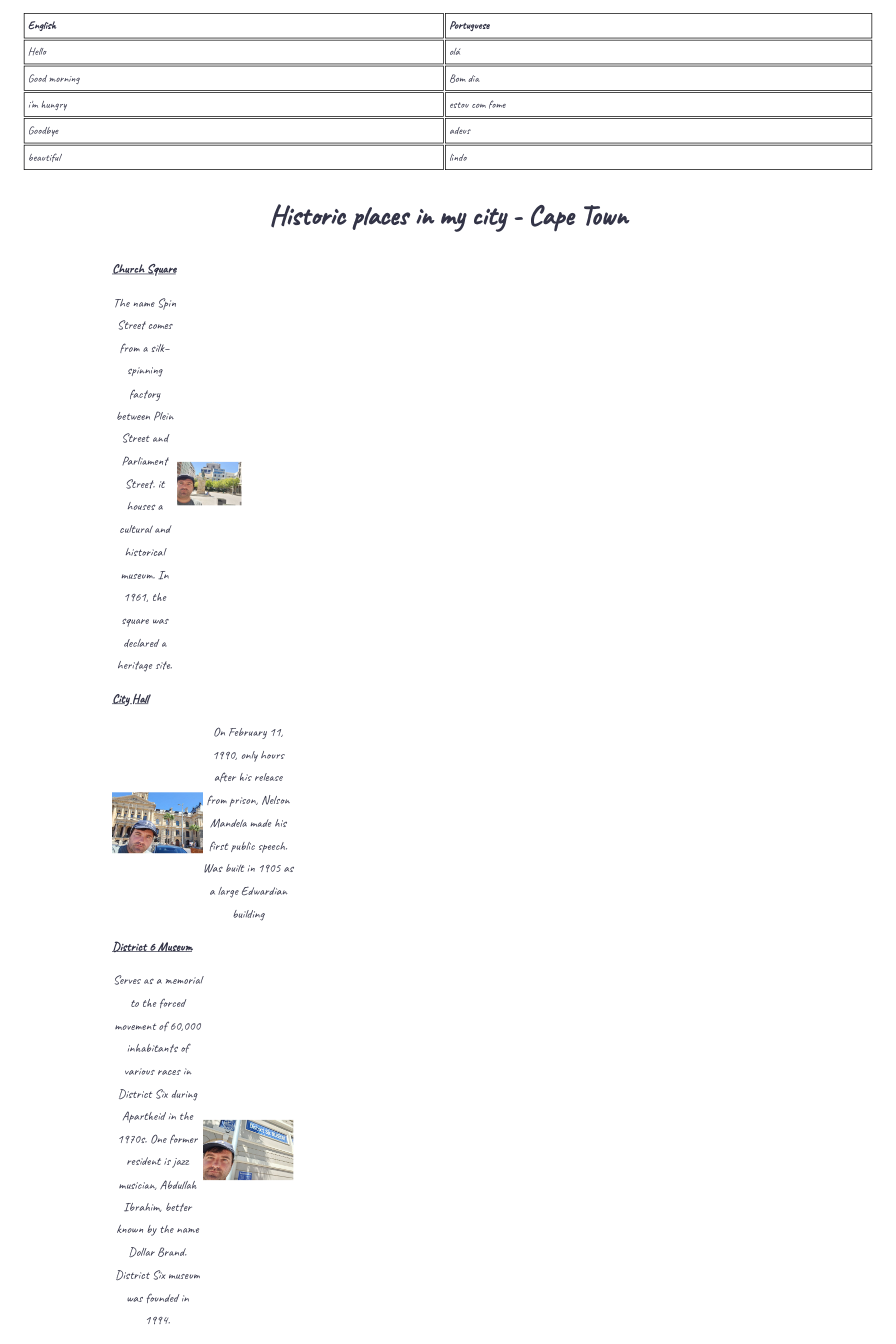
Repository: lasity34/basic-webpage
Page: my - webpage - grid.html
These files come from the project's save history. The page is drawn as it stood at one moment and after the next save; the edit follows.
The browser window is 1280 px wide. The pictures show the part of the page from y = 1557 to 3477 px (the page is 3477 px tall before and 3283 px after), at 70% of full size.

Above is the page before, as saved 2023-03-06 15:42:56.

### my - webpage - grid.html
<!DOCTYPE html>
<html lang="en">
  <link rel="stylesheet" type="text/css" href="simple-grid.css" />
  <!-- <link rel="stylesheet" type="text/css" href="styles.css" /> -->
  <link rel="preconnect" href="https://fonts.googleapis.com" />
  <link rel="preconnect" href="https://fonts.gstatic.com" crossorigin />
  <link
    href="https://fonts.googleapis.com/css2?family=Caveat&display=swap"
    rel="stylesheet"
  />

  <head>
    <meta charset="UTF-8" />
    <meta http-equiv="X-UA-Compatible" content="IE=edge" />
    <meta name="viewport" content="width=device-width, initial-scale=1.0" />
    <title>Bjorns Profile Reponsive</title>
  </head>
  <body>
    <main>
      <section id="profile_section">
        <h1 id="profile_name col-3">Bjorn Worrall</h1>
        <img
          class="col-4-sm"
          id="profile_img"
          src="../images/profile.jpg"
          alt="A picture of me with table Mountain at the back"
        />
      </section>
      <section id="city_section">
        <div id="city_container">
          <h1>City I would like to visit - Zurich</h1>
          <img src="../images/zurich.jpg" width="100%" />
        </div>
        <p>
          Zurich is firstly the Captial of Switzerland. A country that has a lot
          of beauty to it. Zurich sits on a beautiful lake called Lake Zurich
          There is also I alot of rich history there as well. With early
          settlements dating back to 6400 years ago. So i would love to explore
          and enjoy the history and nature of Zurich
        </p>
      </section>
      <section id="language">
        <h1>Language I would like to learn - Portuguese</h1>
        <p>
          For me there are so many countries the speak Portugese. So i feel alot
          of good can come from it
        </p>

        <table>
          <tr>
            <th>English</th>
            <th>Portuguese</th>
          </tr>
          <tr>
            <td>Hello</td>
            <td>olá</td>
          </tr>
          <tr>
            <td>Good morning</td>
            <td>Bom dia</td>
          </tr>
          <tr>
            <td>i'm hungry</td>
            <td>estou com fome</td>
          </tr>
          <tr>
            <td>Goodbye</td>
            <td>adeus</td>
          </tr>
          <tr>
            <td>beautiful</td>
            <td>lindo</td>
          </tr>
        </table>
      </section>
      <section class="history_container">
        <h1>Historic places in my city - Cape Town</h1>
        <div class="container">
          <div class="row">
            <div class="col-3">
              <h4>Church Square</h4>
              <div class="align">
                <p class="col-6-sm">
                  The name Spin Street comes from a silk–spinning factory
                  between Plein Street and Parliament Street. it houses a
                  cultural and historical museum. In 1961, the square was
                  declared a heritage site.
                </p>

                <img class="col-6-sm" src="../images/church_square.jpg" />
              </div>
            </div>
            <div class=" col-4">
              <h4>City Hall</h4>
              <div class="align">
                <img class="col-6-sm" src="../images/city_hall.jpg" />
                <div class="col-6-sm" id="places_info_hall">
                  <p>
                    On February 11, 1990, only hours after his release from
                    prison, Nelson Mandela made his first public speech. Was
                    built in 1905 as a large Edwardian building
                  </p>
                </div>
              </div>
            </div>
            <div class=" col-4">
              <h4>District 6 Museum</h4>
              <div class="align">
                <p class="col-6-sm">
                  Serves as a memorial to the forced movement of 60,000
                  inhabitants of various races in District Six during Apartheid
                  in the 1970s. One former resident is jazz musician, Abdullah
                  Ibrahim, better known by the name Dollar Brand. District Six
                  museum was founded in 1994.
                </p>
                <img class="col-6-sm" src="../images/district_6.jpg" />
              </div>
            </div>
          </div>
        </div>
      </section>
    </main>
  </body>
</html>

### simple-grid.css
/**
*** SIMPLE GRID
*** (C) ZACH COLE 2016
**/

@import url(https://fonts.googleapis.com/css?family=Lato:400,300,300italic,400italic,700,700italic);

/* UNIVERSAL */

html,
body {
  height: 100%;
  width: 100%;
  margin: 0;
  padding: 0;
  left: 0;
  top: 0;
  font-size: 100%;
}

/* ROOT FONT STYLES */

* {
  font-family: "Lato", Helvetica, sans-serif;
  color: #333447;
  line-height: 1.5;
}

/* TYPOGRAPHY */

h1 {
  font-size: 2.5rem;
}

h2 {
  font-size: 2rem;
}

h3 {
  font-size: 1.375rem;
}

h4 {
  font-size: 1.125rem;
  text-align: left;
  margin: 0;
  text-decoration: underline;
}

h5 {
  font-size: 1rem;
}

h6 {
  font-size: 0.875rem;
}

p {
  font-size: 1.125rem;
  font-weight: 200;
  line-height: 1.8;
}

.font-light {
  font-weight: 300;
}

.font-regular {
  font-weight: 400;
}

.font-heavy {
  font-weight: 700;
}

/* POSITIONING */

.left {
  text-align: left;
}

.right {
  text-align: right;
}

.center {
  text-align: center;
  margin-left: auto;
  margin-right: auto;
}

.justify {
  text-align: justify;
}

/* ==== GRID SYSTEM ==== */

.container {
  width: 95%;
  margin-left: auto;
  margin-right: auto;
}

.row {
  position: relative;
  width: 100%;
}



.col-1,
.col-2,
.col-3,
.col-4,
.col-5,
.col-6,
.col-7,
.col-8,
.col-9,
.col-10,
.col-11,
.col-12 {
  width: 96%;
}

.col-1-sm {
  width: 4.33%;
}

.col-2-sm {
  width: 12.66%;
}

.col-3-sm {
  width: 21%;
}

.col-4-sm {
  width: 29.33%;
}

.col-5-sm {
  width: 37.66%;
}

.col-6-sm {
  width: 46%;
}

.col-7-sm {
  width: 54.33%;
}

.col-8-sm {
  width: 62.66%;
}

.col-9-sm {
  width: 71%;
}

.col-10-sm {
  width: 79.33%;
}

.col-11-sm {
  width: 87.66%;
}

.col-12-sm {
  width: 96%;
}

.row::after {
  content: "";
  display: table;
  clear: both;
}

.hidden-sm {
  display: none;
}



@media only screen and (min-width: 45em) {
  /* 720px */
  .col-1 {
    width: 4.33%;
  }

  .col-2 {
    width: 12.66%;
  }

  .col-3 {
    width: 21%;
  }

  .col-4 {
    width: 29.33%;
  }

  .col-5 {
    width: 37.66%;
  }

  .col-6 {
    width: 46%;
  }

  .col-7 {
    width: 54.33%;
  }

  .col-8 {
    width: 62.66%;
  }

  .col-9 {
    width: 71%;
  }

  .col-10 {
    width: 79.33%;
  }

  .col-11 {
    width: 87.66%;
  }

  .col-12 {
    width: 96%;
  }

  .hidden-sm {
    display: block;
  }
}

@media only screen and (min-width: 60em) {
  /* 960px */
  .container {
    width: 95%;
    max-width: 60rem;
  }
}

* {
  font-family: "Caveat", "Arial Narrow", Arial, sans-serif;
}

main {
  max-width: 95%;
  margin: 2rem auto;
  text-align: center;
}

#profile_section {
  text-align: center;
}

table {
  margin: auto;
}

td,
th {
  border: 1px solid black;
  padding: 0.3em;
  width: 1%;
  text-align: left;
}



.align {
  display: flex;
  align-items: center;
}

@media (max-width: 447px) {


  .align {
    text-align: center;
    flex-direction: column;
    align-content: center;
  }

  .row {
    float: none;
  }

  #places_info_hall {
    order: -1;
    padding-left: 0;
  }

  .places_info,
  #places_info_hall {
    margin-bottom: 2em;
  }

  .col-5-sm,
  .col-6-sm {
    width: 100%;
  }


h4 {
  text-align: center;
}
}

@media (max-width: 800px) {
  .history_container {
    margin-bottom: 1em;
  }

  .col-6-sm {
    margin: 0.5em
  }
}

@media (min-width: 800px) {

}

After the next save:
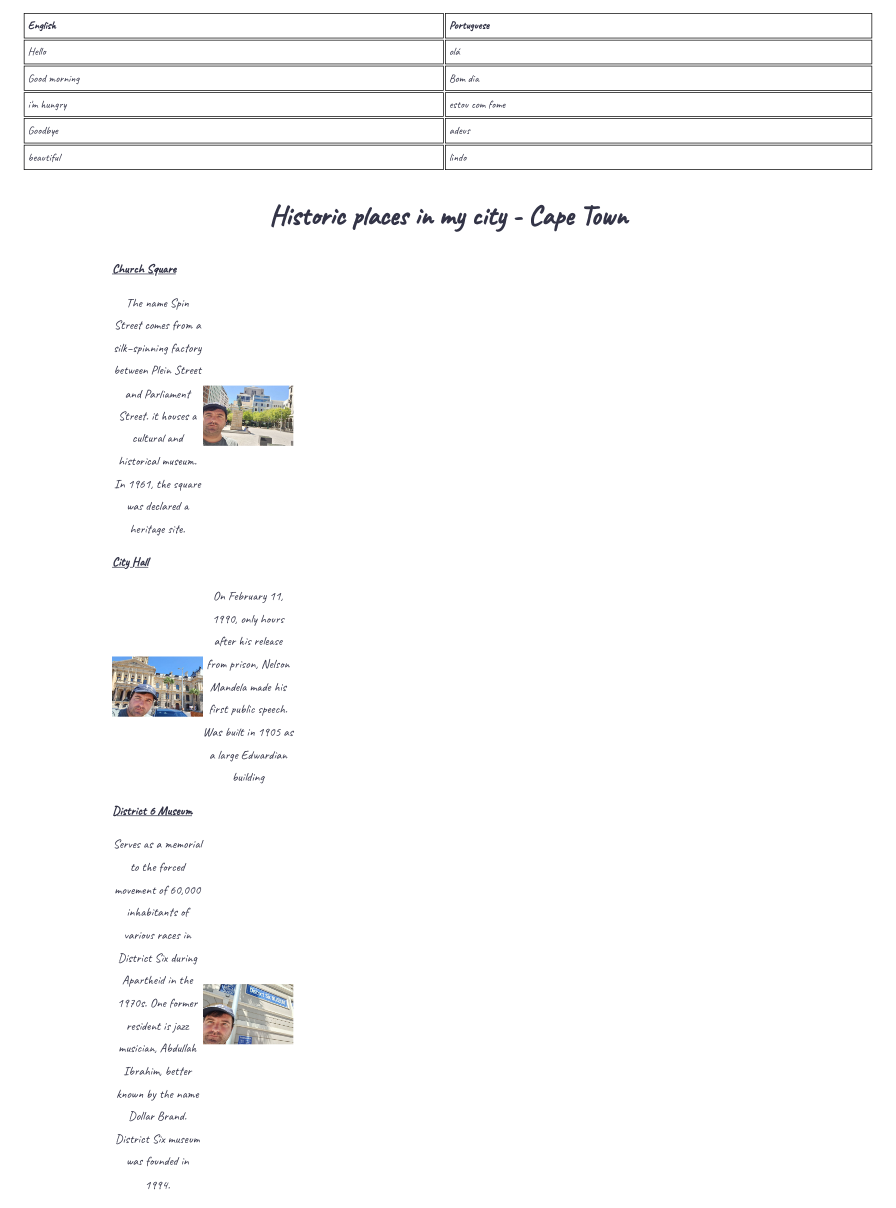
Saved 90 s later.
--- a/my - webpage - grid.html
+++ b/my - webpage - grid.html
@@ -73,11 +73,11 @@
           </tr>
         </table>
       </section>
-      <section class="history_container">
+      <section class="container">
         <h1>Historic places in my city - Cape Town</h1>
-        <div class="container">
+        <div >
           <div class="row">
-            <div class="col-3">
+            <div class="col-4">
               <h4>Church Square</h4>
               <div class="align">
                 <p class="col-6-sm">
@@ -90,7 +90,7 @@
                 <img class="col-6-sm" src="../images/church_square.jpg" />
               </div>
             </div>
-            <div class=" col-4">
+            <div class="col-4">
               <h4>City Hall</h4>
               <div class="align">
                 <img class="col-6-sm" src="../images/city_hall.jpg" />
@@ -103,7 +103,7 @@
                 </div>
               </div>
             </div>
-            <div class=" col-4">
+            <div class="col-4">
               <h4>District 6 Museum</h4>
               <div class="align">
                 <p class="col-6-sm">
